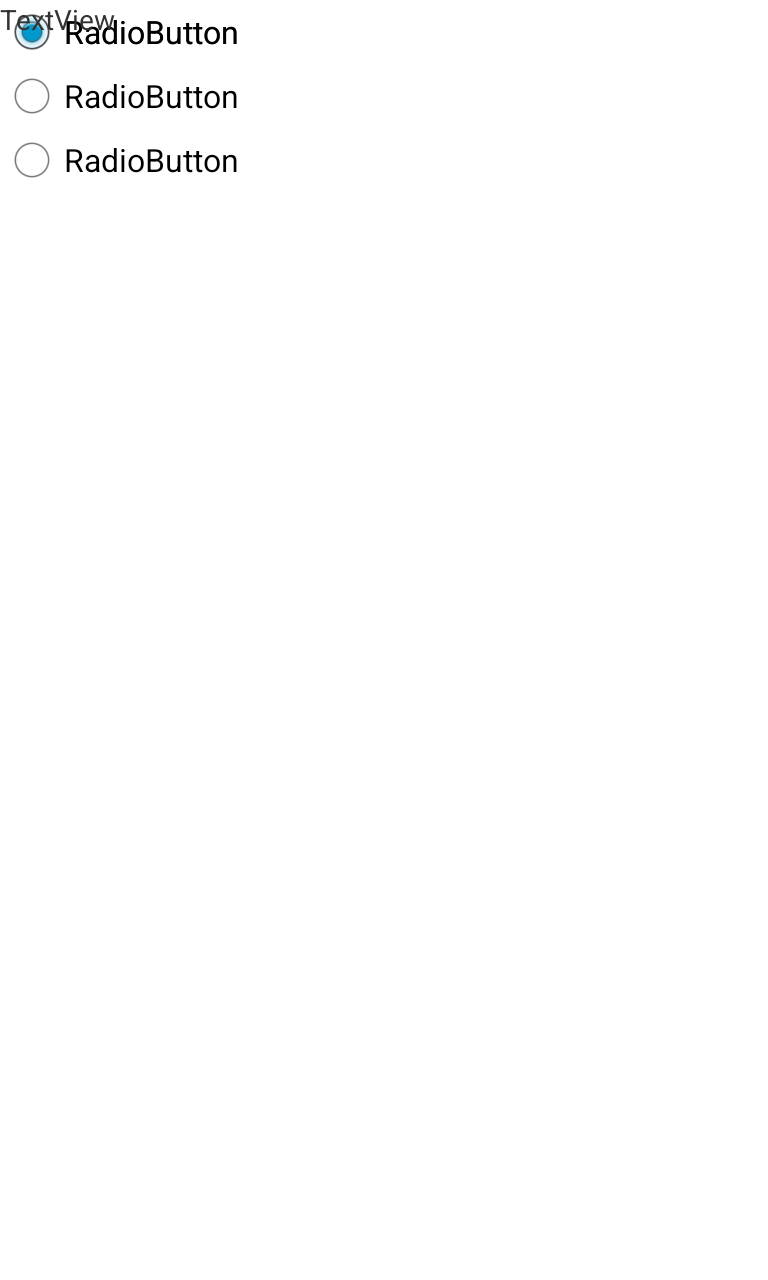
Repository: laralrnc/ExerciciosMOBILE_ETEC
Layout: PRIMEIRO SEMESTRE/Android/quiz_lara/res/layout/quizactivity.xml
These files come from the project's save history. The layout is drawn as it stood at one moment and after the next save; the edit follows.
It is drawn on a 768 x 1280 px phone screen (xhdpi) without system bars, with theme AppTheme; the app's code is not run. The app's manifest (not shown) leaves right-to-left support off. So textAlignment, textDirection and layoutDirection are ignored, and left and right values win over start and end ones.

Above is the layout before, as saved 2018-04-18 13:49:02.

### PRIMEIRO SEMESTRE/Android/quiz_lara/res/layout/quizactivity.xml
<?xml version="1.0" encoding="utf-8"?>
<RelativeLayout xmlns:android="http://schemas.android.com/apk/res/android"
    android:layout_width="match_parent"
    android:layout_height="match_parent"
    android:orientation="vertical" >

    <RadioButton
        android:id="@+id/radio1"
        android:layout_width="wrap_content"
     android:text="RadioButton" />

    <RadioGroup
        android:id="@+id/radioGroup1"
        android:layout_width="wrap_content"
        android:layout_height="wrap_content" >

        <RadioButton
            android:id="@+id/radio1"
            android:layout_width="wrap_content"
            android:layout_height="wrap_content"
            android:text="RadioButton" />

        <RadioButton
            android:id="@+id/radioButton1"
            android:layout_width="wrap_content"
            android:layout_height="wrap_content"
            android:text="RadioButton" />

        <RadioButton
            android:id="@+id/radio2"
            android:layout_width="wrap_content"
            android:layout_height="wrap_content"
            android:text="RadioButton" />
    </RadioGroup>

    <RadioButton
        android:id="@+id/radio0"
        android:layout_width="wrap_content"
        android:layout_height="wrap_content"
        android:checked="true"
        android:text="RadioButton" />

    <TextView
        android:id="@+id/textView1"
        android:layout_width="wrap_content"
        android:layout_height="wrap_content"
        android:text="TextView"
        android:textAlignment="center" />

</RelativeLayout>

Loaded but not shown: PRIMEIRO SEMESTRE/Android/quiz_lara/res/values/styles.xml (common file); PRIMEIRO SEMESTRE/Android/quiz_lara/res/values-v11/styles.xml (common file); PRIMEIRO SEMESTRE/Android/quiz_lara/res/values-v14/styles.xml (common file)

After the next save:
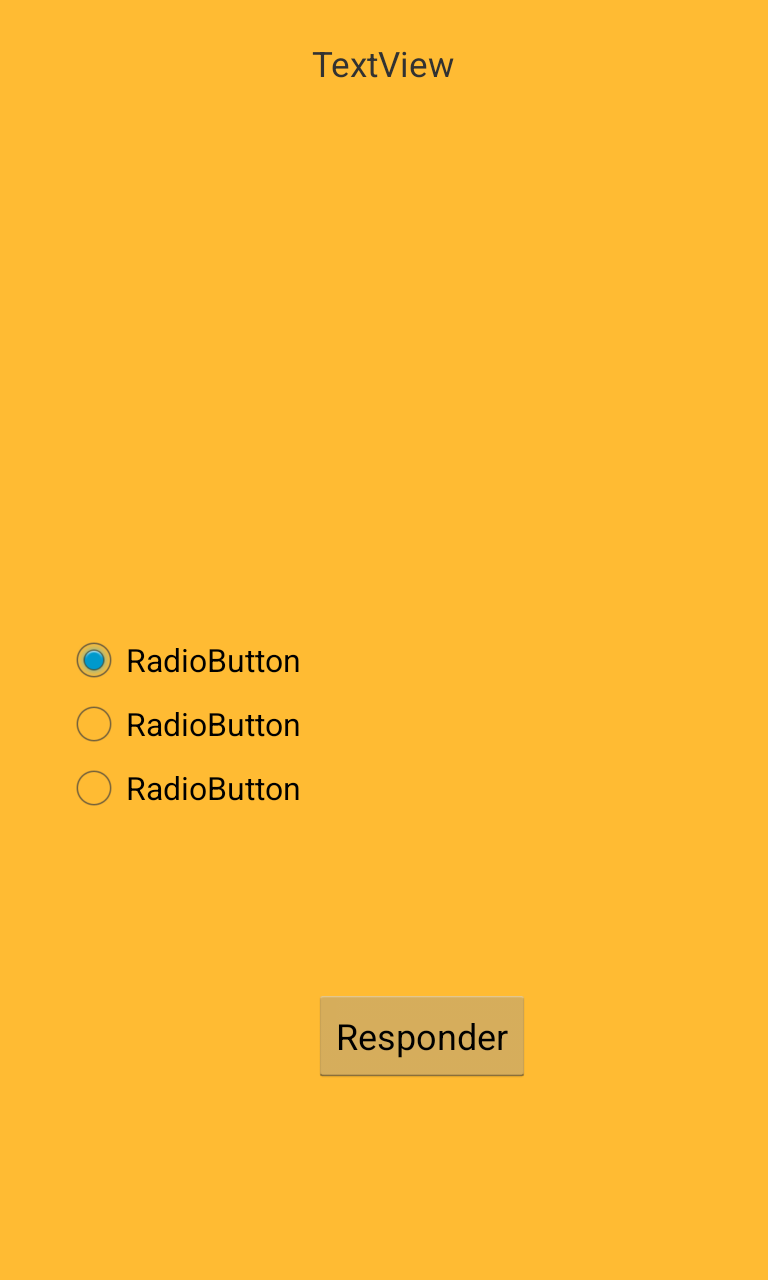
Saved 3 min 19 s later.
--- a/PRIMEIRO SEMESTRE/Android/quiz_lara/res/layout/quizactivity.xml
+++ b/PRIMEIRO SEMESTRE/Android/quiz_lara/res/layout/quizactivity.xml
@@ -1,50 +1,59 @@
 <?xml version="1.0" encoding="utf-8"?>
 <RelativeLayout xmlns:android="http://schemas.android.com/apk/res/android"
+    xmlns:android1="http://schemas.android.com/apk/res/android"
     android:layout_width="match_parent"
     android:layout_height="match_parent"
+    android:background="@android:color/holo_orange_light"
     android:orientation="vertical" >
 
-    <RadioButton
-        android:id="@+id/radio1"
+    <TextView
+        android:id="@+id/pergunta"
         android:layout_width="wrap_content"
-     android:text="RadioButton" />
+        android:layout_height="wrap_content"
+        android:layout_alignParentTop="true"
+        android:layout_centerHorizontal="true"
+        android:layout_marginTop="20dp"
+        android:text="TextView"
+        android:textAlignment="center"
+        android:textSize="35px" />
+
+    <Button
+        android:id="@+id/btnresponder"
+        android:layout_width="wrap_content"
+        android:layout_height="wrap_content"
+        android:layout_alignLeft="@+id/pergunta"
+        android:layout_alignParentBottom="true"
+        android:layout_marginBottom="98dp"
+        android:text="Responder"
+        android:onClick="btnresponderOnClick" />
 
     <RadioGroup
-        android:id="@+id/radioGroup1"
-        android:layout_width="wrap_content"
-        android:layout_height="wrap_content" >
+        android1:id="@+id/rgrespostas"
+        android1:layout_width="wrap_content"
+        android1:layout_height="wrap_content"
+        android1:layout_above="@+id/btnresponder"
+        android1:layout_alignParentLeft="true"
+        android1:layout_marginBottom="84dp"
+        android1:layout_marginLeft="31dp" >
 
         <RadioButton
-            android:id="@+id/radio1"
-            android:layout_width="wrap_content"
-            android:layout_height="wrap_content"
-            android:text="RadioButton" />
+            android1:id="@+id/rbresposta1"
+            android1:layout_width="wrap_content"
+            android1:layout_height="wrap_content"
+            android1:checked="true"
+            android1:text="RadioButton" />
 
         <RadioButton
-            android:id="@+id/radioButton1"
-            android:layout_width="wrap_content"
-            android:layout_height="wrap_content"
-            android:text="RadioButton" />
+            android1:id="@+id/rbresposta2"
+            android1:layout_width="wrap_content"
+            android1:layout_height="wrap_content"
+            android1:text="RadioButton" />
 
         <RadioButton
-            android:id="@+id/radio2"
-            android:layout_width="wrap_content"
-            android:layout_height="wrap_content"
-            android:text="RadioButton" />
+            android1:id="@+id/rbresposta3"
+            android1:layout_width="wrap_content"
+            android1:layout_height="wrap_content"
+            android1:text="RadioButton" />
     </RadioGroup>
 
-    <RadioButton
-        android:id="@+id/radio0"
-        android:layout_width="wrap_content"
-        android:layout_height="wrap_content"
-        android:checked="true"
-        android:text="RadioButton" />
-
-    <TextView
-        android:id="@+id/textView1"
-        android:layout_width="wrap_content"
-        android:layout_height="wrap_content"
-        android:text="TextView"
-        android:textAlignment="center" />
-
 </RelativeLayout>
